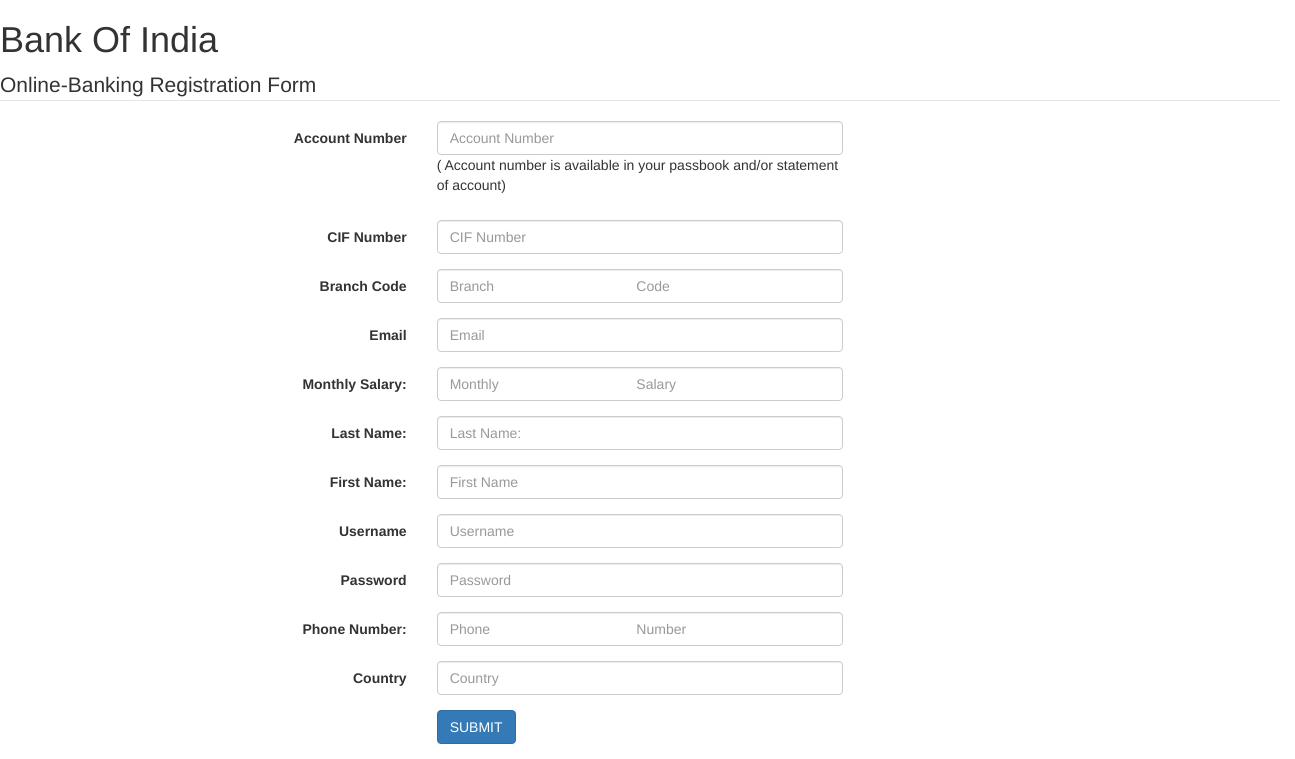
Repository: SivaSRKSomanchi/BellInfo-FinalProject
Page: http://localhost/bellinfo-finalproject/WEB-INF/view/userRegistrationPage.jsp
These files come from the project's save history. The page is drawn as it stood at one moment and after the next save; the edit follows.
The browser window is 1280 px wide. The page is 1295 px wide, so the pictures cover 1295 px, including what lies to the right of the window. The pictures show the whole page.
The page is served by Tomcat 9. Nobody is signed in. The template is opened directly, without the code that normally fills it, so the values that code supplies are empty.

Above is the page before, as saved 2017-08-10 19:53:28.

After the next save:
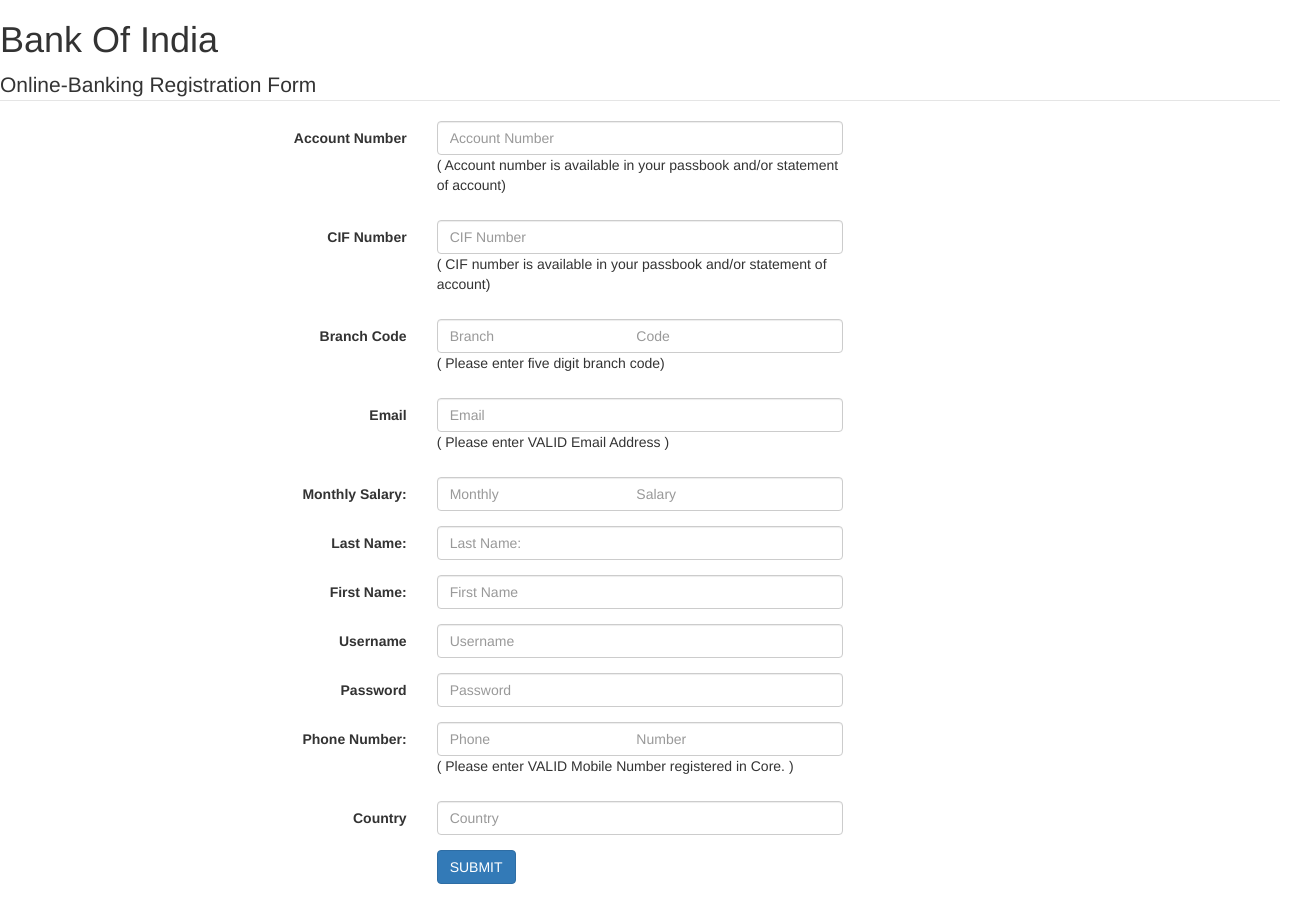
Saved 2 min 25 s later.
--- a/bellinfo-finalproject/src/main/webapp/WEB-INF/view/userRegistrationPage.jsp
+++ b/bellinfo-finalproject/src/main/webapp/WEB-INF/view/userRegistrationPage.jsp
@@ -47,6 +47,7 @@
 				<div class="col-md-4">
 					<form:input path="cifNumber" placeholder="CIF Number"
 						class="form-control input-md" />
+						<p>( CIF number is available in your passbook and/or statement of account)</p>
 
 				</div>
 			</div>
@@ -59,6 +60,7 @@
 					<form:input path="branchCode" placeholder="Branch
 					Code"
 						class="form-control input-md" />
+						<p>( Please enter five digit branch code)</p>
 
 				</div>
 			</div>
@@ -69,6 +71,7 @@
 				<div class="col-md-4">
 					<form:input path="email" placeholder="Email"
 						class="form-control input-md" />
+						<p>( Please enter VALID Email Address  )</p>
 
 
 				</div>
@@ -133,6 +136,7 @@
 					<form:input path="phoneNumber" placeholder="Phone
 					Number"
 						class="form-control input-md" />
+						<p>( Please enter VALID Mobile Number registered in Core.  )</p>
 
 				</div>
 			</div>
